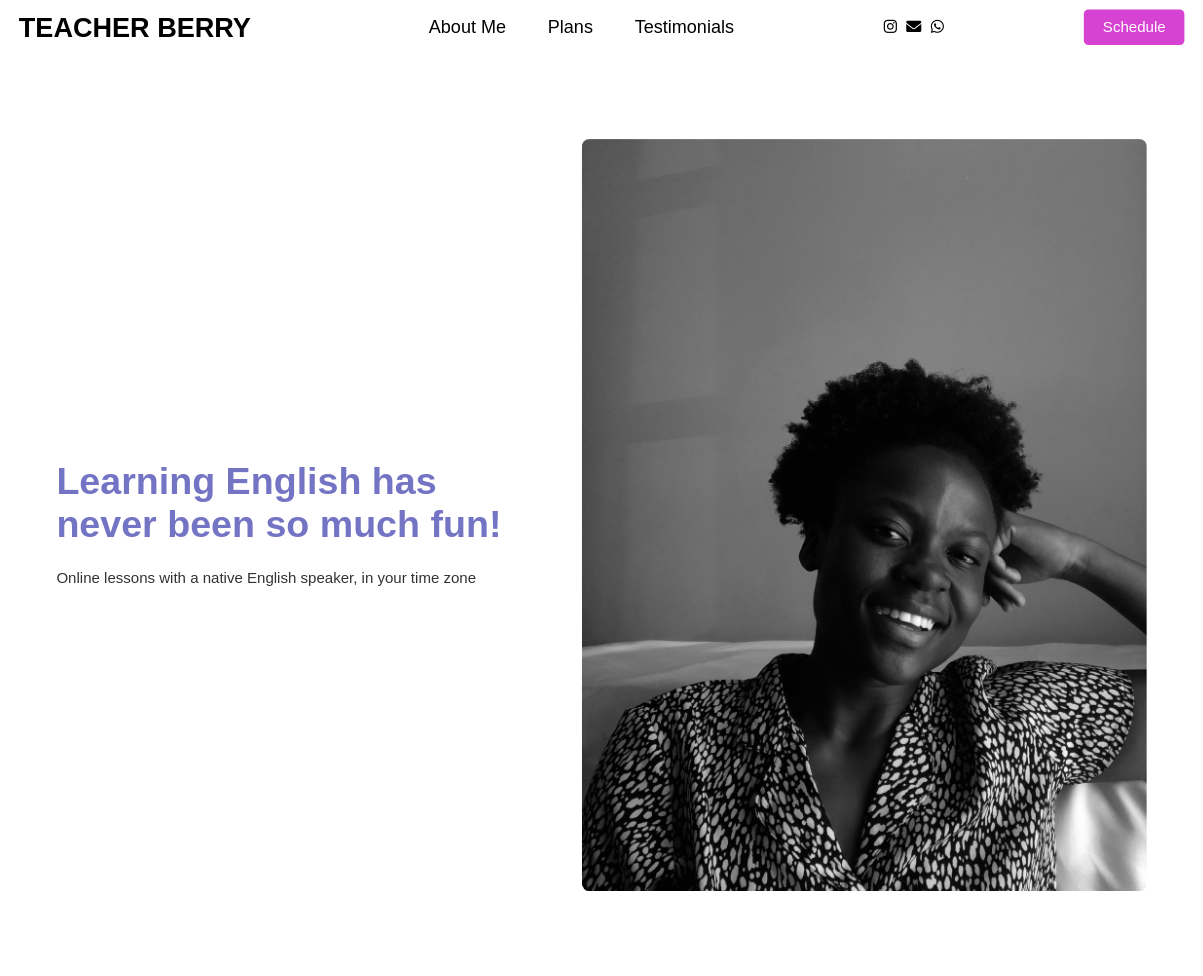
Repository: ntandomagana/esl-landing-page
Page: index.html
These files come from the project's save history. The page is drawn as it stood at one moment and after a run of saves; the edit follows.
The browser window is 1280 px wide. The pictures show the whole page, at 94% of full size.

Above is the page before, as saved 2024-07-16 23:42:20.

After the next 2 saves:
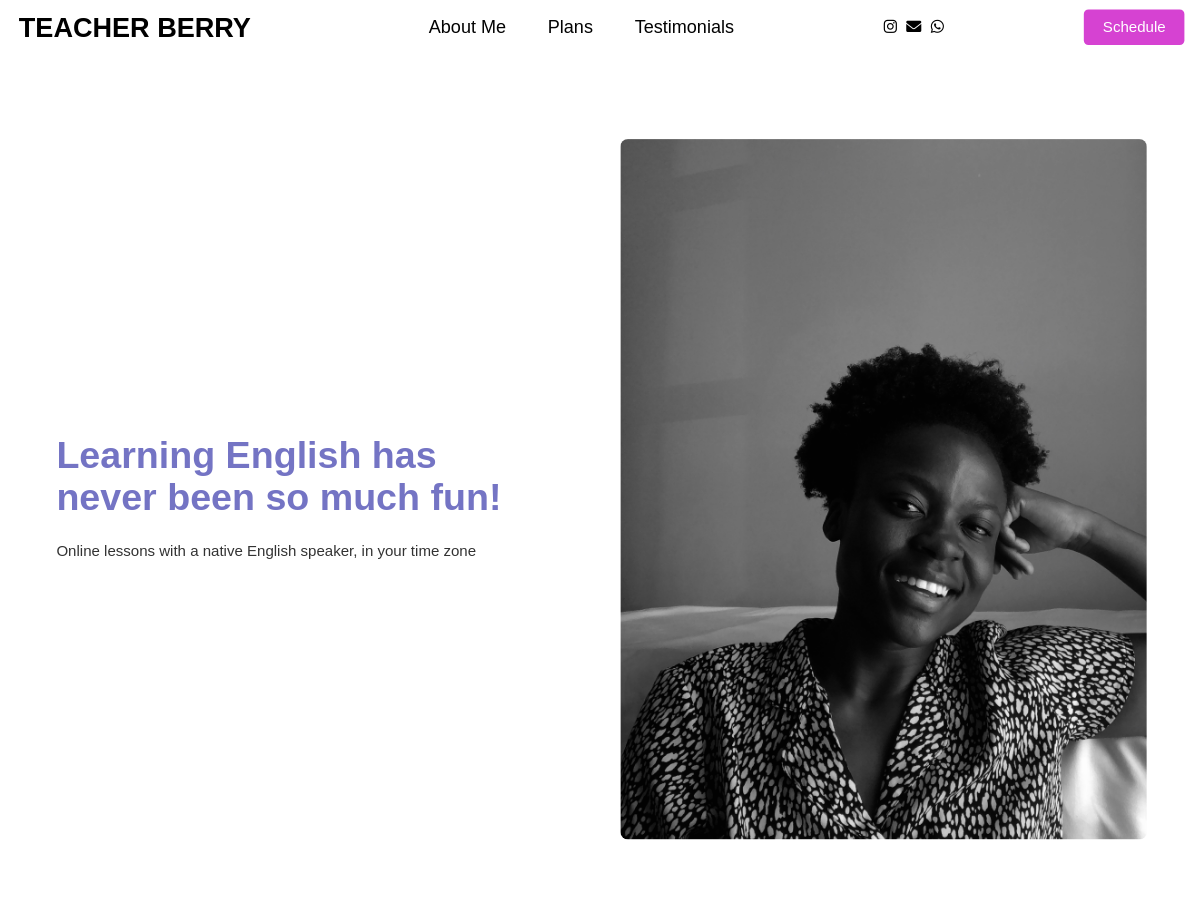
The 2 saves are shown as one change because they came seconds apart.
The last was saved 7 s later.
--- a/index.html
+++ b/index.html
@@ -37,10 +37,7 @@
                 <h2>Learning English has <br />
                     never been so much fun!</h2>
                 <p>Online lessons with a native English speaker, in your time zone</p>
-
-
             </div>
-            <a href="#" class="action-button>"Take your first lesson here.</a>
 
             <div class="right-content">
                 <img src="./assets/bwpp.jpg" alt="Teacher Berry's Image">
